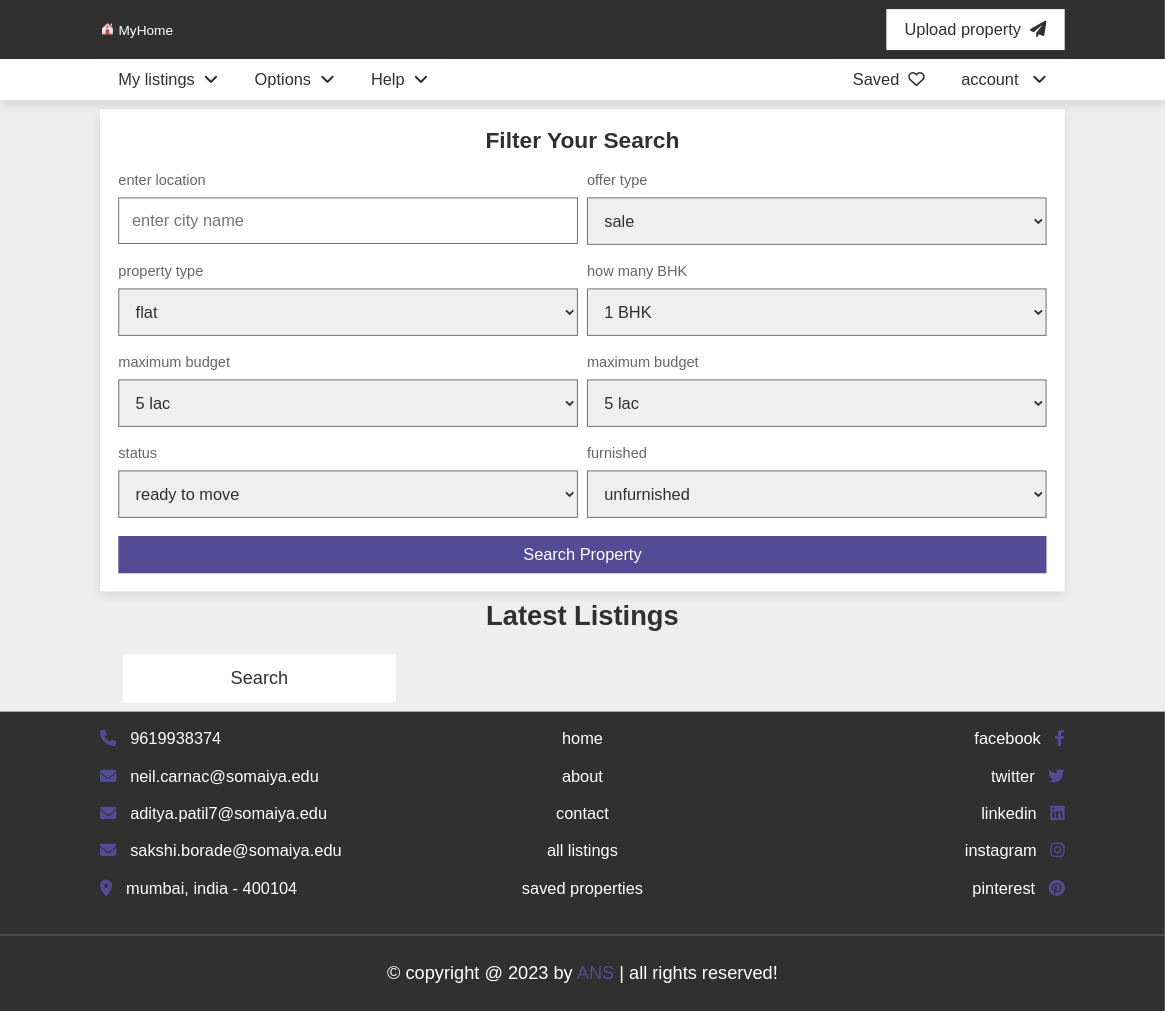
Repository: adi-tya999/wpl-project-realestatewebsite-main
Page: http://localhost/project/search.php
The author's editor kept a copy of each file at every save. The page is drawn from the files as they stood at one save, then again after a run of saves.
The browser window is 1280 px wide. The pictures show the whole page, at 91% of full size.
The page is run by PHP 8.4 with error messages shown; the project is at /var/www/html/. Queries for data that is not in the repository find no rows.

Above is the page before, as saved 2023-04-30 16:55:20.

After the next 5 saves:
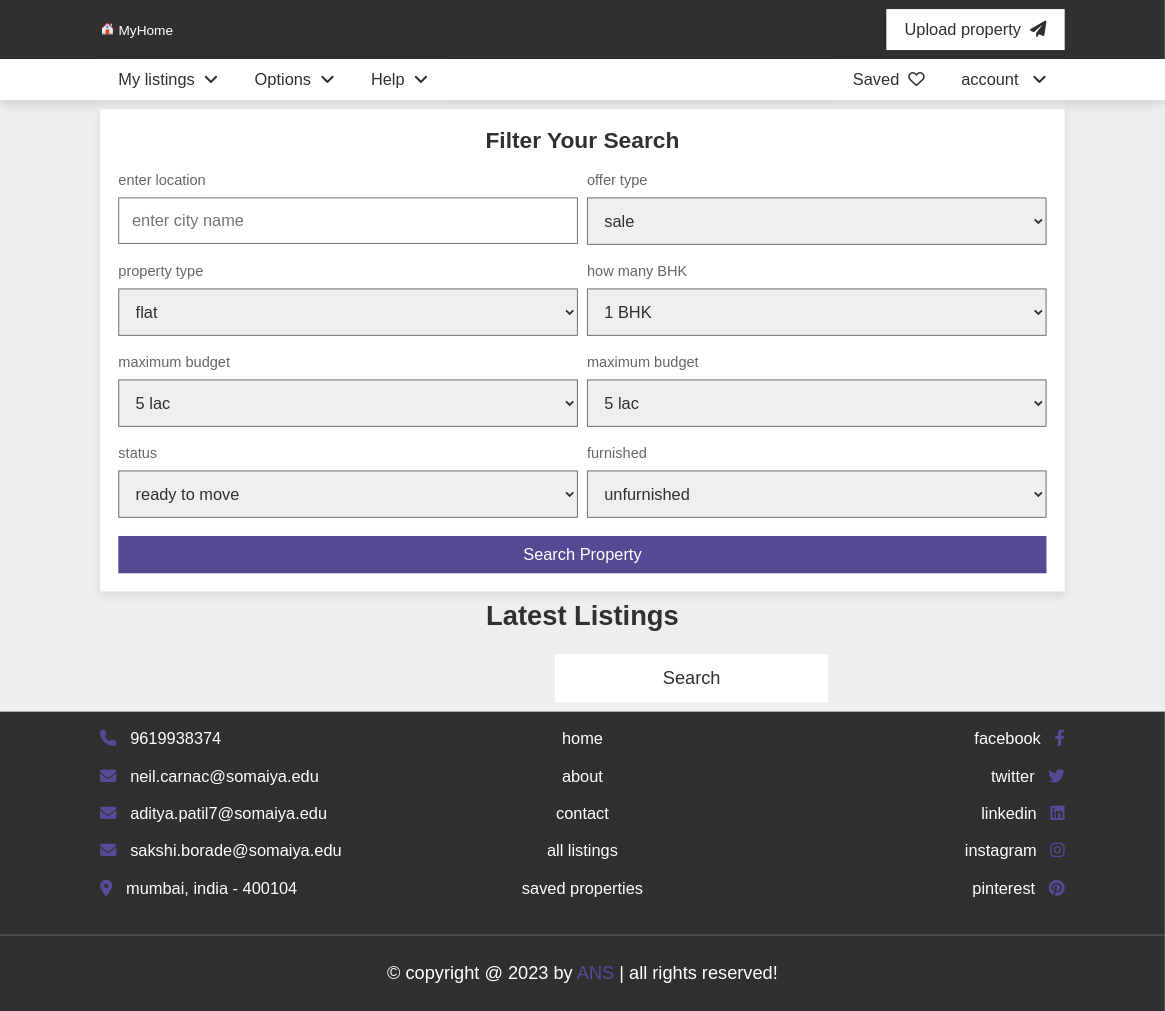
The 5 saves are shown as one change because they came seconds apart.
The last was saved 12 s later.
--- a/project/search.php
+++ b/project/search.php
@@ -299,7 +299,7 @@ if(isset($_POST['h_search'])){
       <?php
          }
       }else{
-         echo '<p class="empty" style="margin-left:2.5rem;">Search</p>';
+         echo '<p class="empty" style="margin-left:500rpx;">Search</p>';
       }
       ?>
 
